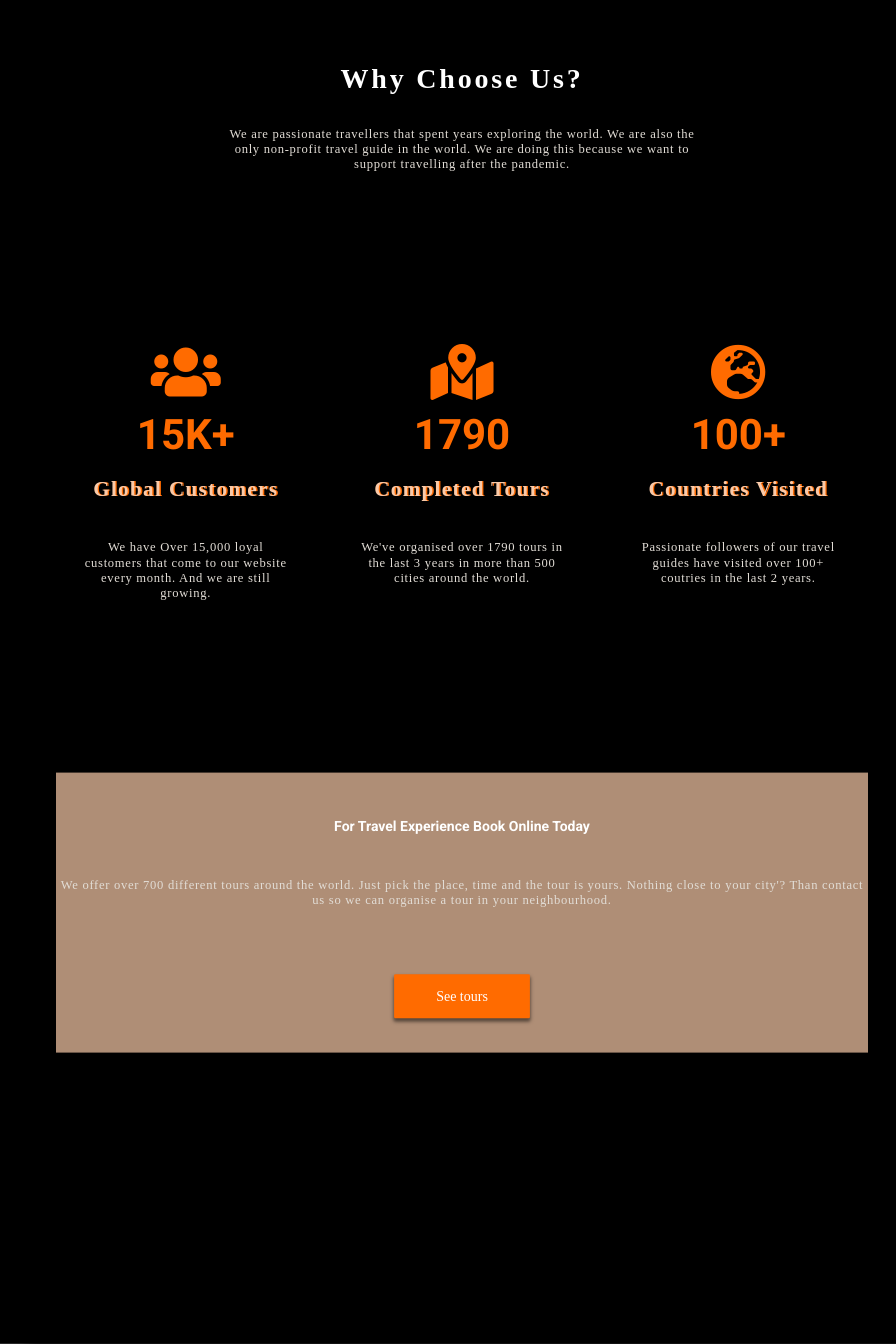
Repository: Hunga9k50doker/wildver-travel
Page: src/index.html
An editor plug-in stored every save of this project. The page is shown before and after the next save, followed by the edit.
The browser window is 1280 px wide. The pictures show the part of the page from y = 4544 to 6464 px (the page is 6464 px tall), at 70% of full size.
Some web fonts or font styles are not loaded; a fallback is used. The style sheet was rebuilt from its Sass, Less or Tailwind sources for each picture, by a compiler version that may differ from the author's.

Above is the page before, as saved 2021-08-27 21:38:00.

After the next save:
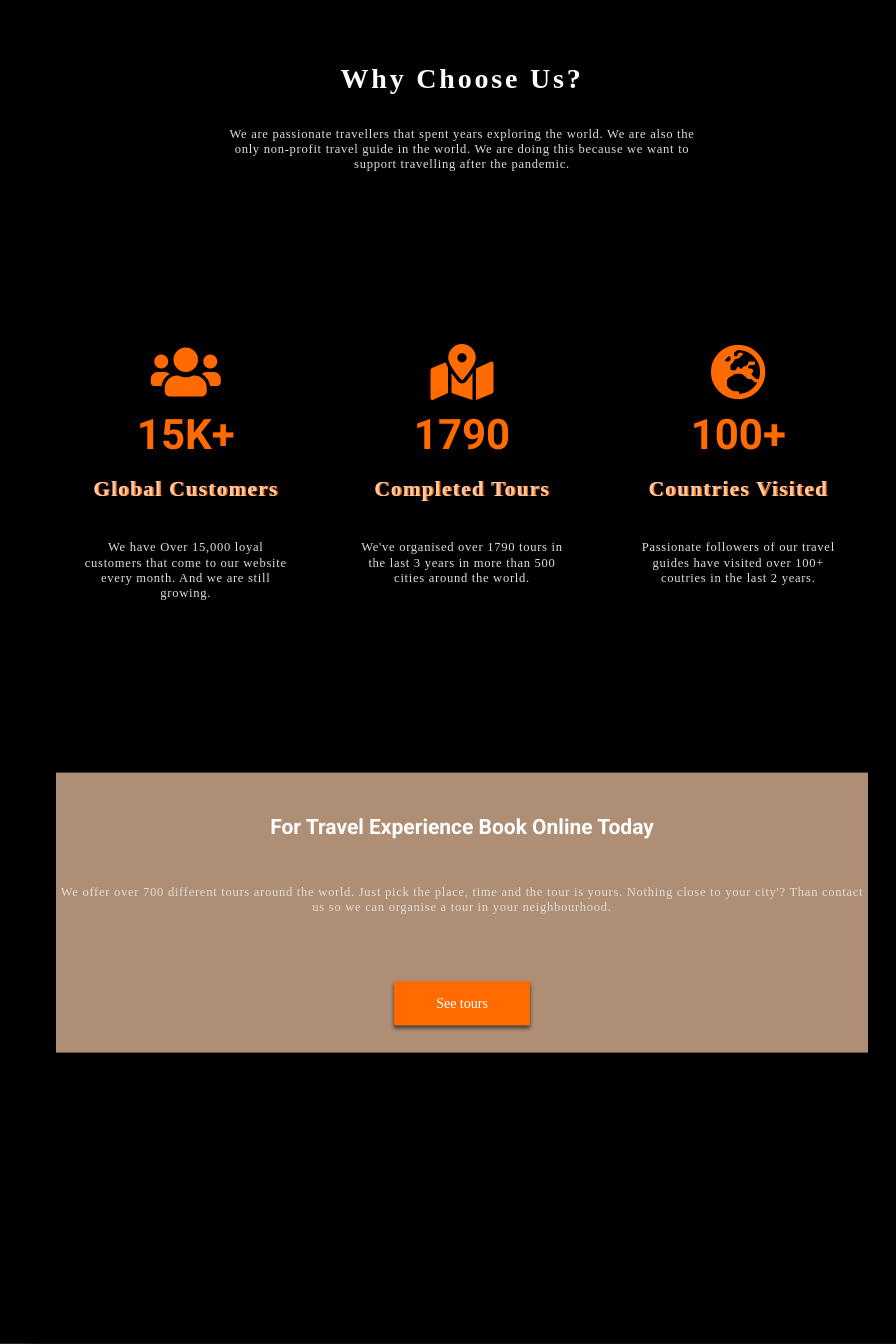
Saved 8 s later.
--- a/src/resources/scss/container.scss
+++ b/src/resources/scss/container.scss
@@ -211,7 +211,7 @@ $mode: cubic-bezier(0.17, 0.67, 0.55, 1.43);
                 background: rgba($waxen-color,0.7);
                 flex-direction: column;
                 h3{
-                    font-size: 2rem;
+                    font-size: 3rem;
                     color:$white-color;
                 }
             }
